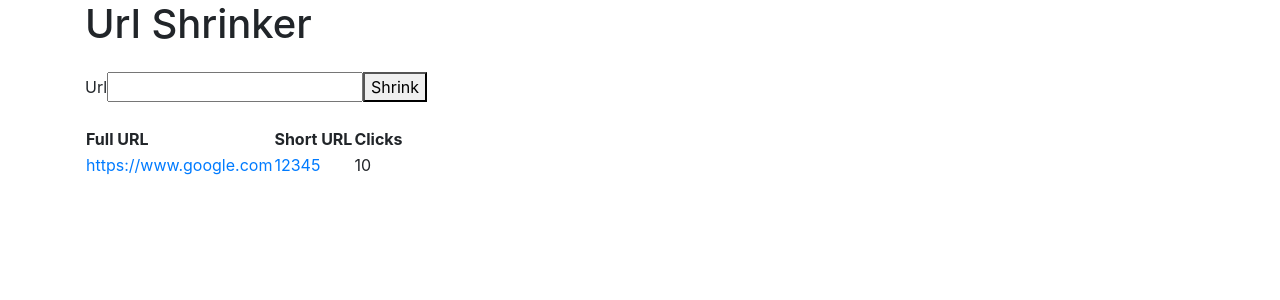
Repository: mohamediyas/urlShorter
Page: http://localhost/
The author's editor kept a copy of each file at every save. The page is drawn from the files as they stood at one save, then again after the next save.
The browser window is 1280 px wide. The pictures show the whole page.
The page is served by the project's Node server (index.js).

Above is the page before, as saved 2022-10-22 13:31:04.

After the next save:
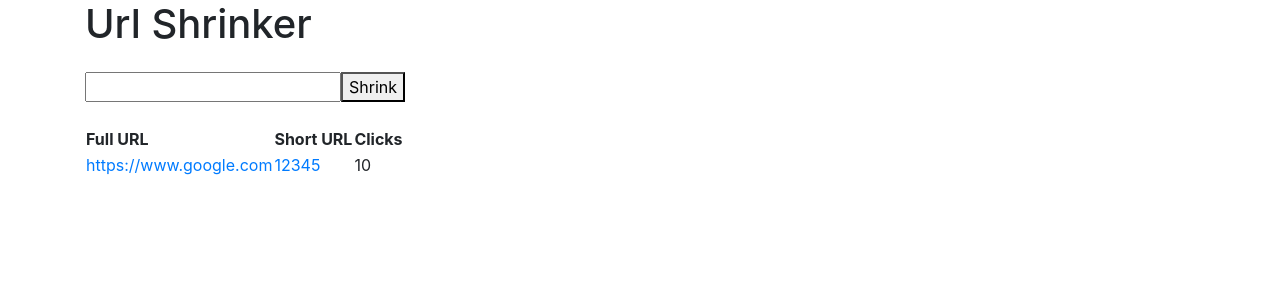
Saved 52 s later.
--- a/views/index.ejs
+++ b/views/index.ejs
@@ -20,7 +20,7 @@
       <h1>Url Shrinker</h1>
 
       <form action="" method="post" class="my-4 form-inline">
-        <label for="fullUrl">Url</label>
+        <label class="sr-only" for="fullUrl">Url</label>
         <input type="url" name="fullUrl" id="fullUrl" />
         <button type="submit">Shrink</button>
       </form>
